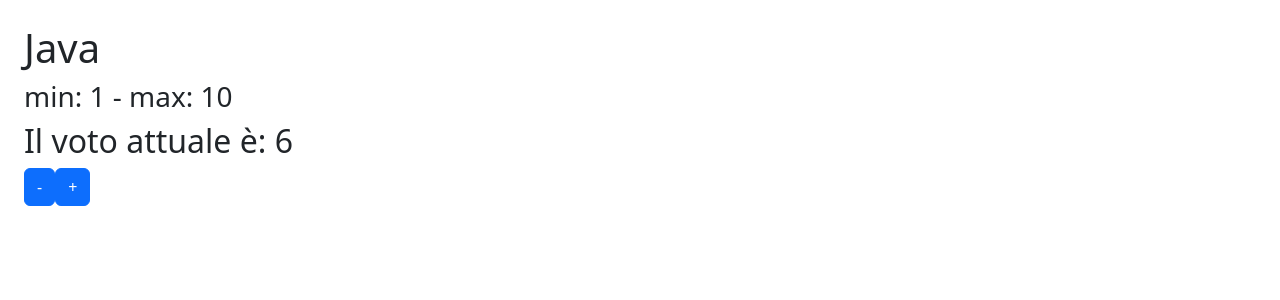
Repository: rubinettiStefano/spieg
Page: /
The author's editor kept a copy of each file at every save. The page is drawn from the files as they stood at one save, then again after the next save.
The browser window is 1280 px wide. The pictures show the whole page.
The project was rebuilt for these pictures with package versions that can differ from the ones it lists, and the page was loaded fresh each time.

Above is the page before, as saved 2024-03-27 11:10:48.

### src/App.js
import Subject from "./Subject";
import 'bootstrap/dist/css/bootstrap.css';

function App()
{

  return (
    <>
      {/* props -> {name:"Java",min:1,max:10} */}
      <Subject name="Java" min={1} max={10} />
    </>
  );
}

export default App;

### src/Subject.jsx
import { useState } from "react";

export default function Subject(props) /* props -> {name:"Java",min:1,max:10} */
{
    // il MODEL del component
    //props -> valori (anche le funzioni possono essere valori) che arrivano dall'esterno (da componente padre)
    //state -> valori del componente stesso

    //props sono IMMUTABILI (read-only)
    //state è mutabile (tramite setter), ogni volta che cambia la funzione viene rieseguito
    //ciò comporta che venga rifatto RETURN
    //quando cambia lo state il componente viene rigraficato in automatico

    const [grade,setGrade] = useState(6); //HOOK
    //abbiamo creato un attributo nello state chiamato "grade"
    //abbiamo creato una funzione che permette di assegnargli un nuovo valore, setGrade
    //abbiamo definito che il suo valore iniziale è 6
    //setGrade(8) imposta il valore di grade a 8


    return(
        <div className="p-4">

            <h1>{props.name}</h1>
            <h3>min: {props.min} - max: {props.max}</h3>

            <h2>Il voto attuale è: {grade}</h2>
            <button className="btn btn-primary">-</button>
            <button className="btn btn-primary">+</button>
        </div>
    );
}

Loaded but not shown: public/index.html (common file); src/index.js (common file); src/index.css (common file); src/reportWebVitals.js (common file)

After the next save:
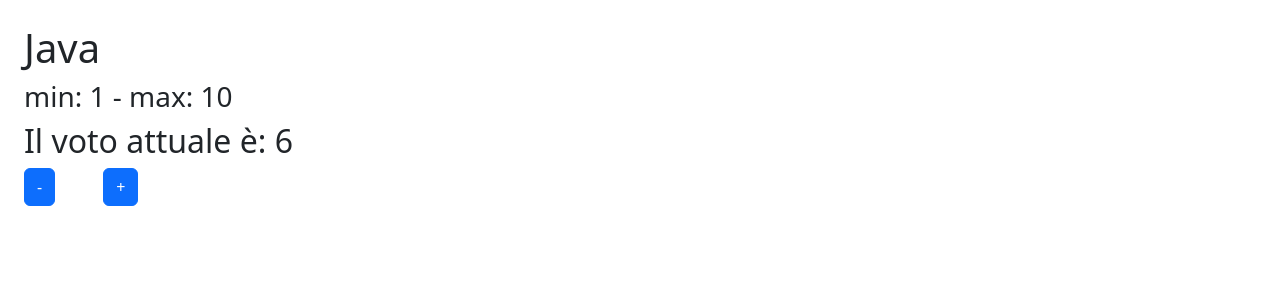
Saved 10 s later.
--- a/src/Subject.jsx
+++ b/src/Subject.jsx
@@ -26,7 +26,7 @@ export default function Subject(props) /* props -> {name:"Java",min:1,max:10} */
 
             <h2>Il voto attuale è: {grade}</h2>
             <button className="btn btn-primary">-</button>
-            <button className="btn btn-primary">+</button>
+            <button className="btn btn-primary ms-5">+</button>
         </div>
     );
 }
